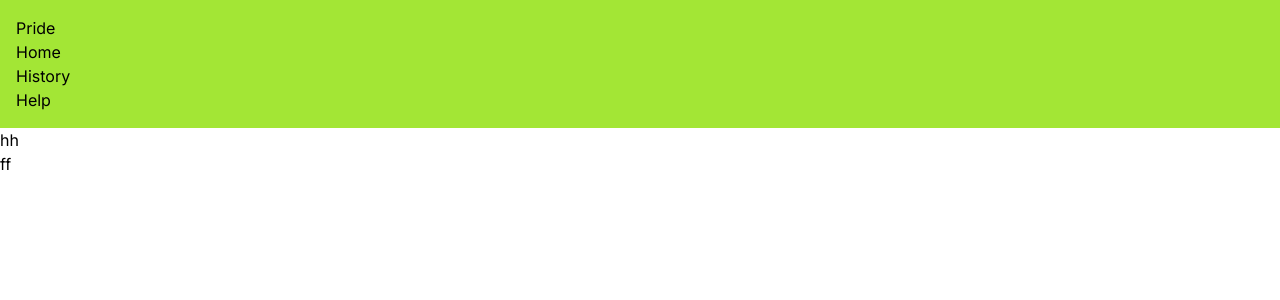
Repository: Semanmernstack/uber-mapbox
Page: /
These files come from the project's save history. The page is drawn as it stood at one moment and after the next save; the edit follows.
The browser window is 1280 px wide. The pictures show the whole page.
The page's requests for data from a server got no answer. The project was rebuilt for these pictures with package versions that can differ from the ones it lists, and the page was loaded fresh each time. Some packages were replaced by stand-ins written for this rebuild. The framework's server and built-in components were replaced by stand-ins that run in the browser. No one was signed in, and anything a server would have sent is missing. Also part of the build but not shown: next.config.js.

Above is the page before, as saved 2023-08-15 06:32:45.

After the next save:
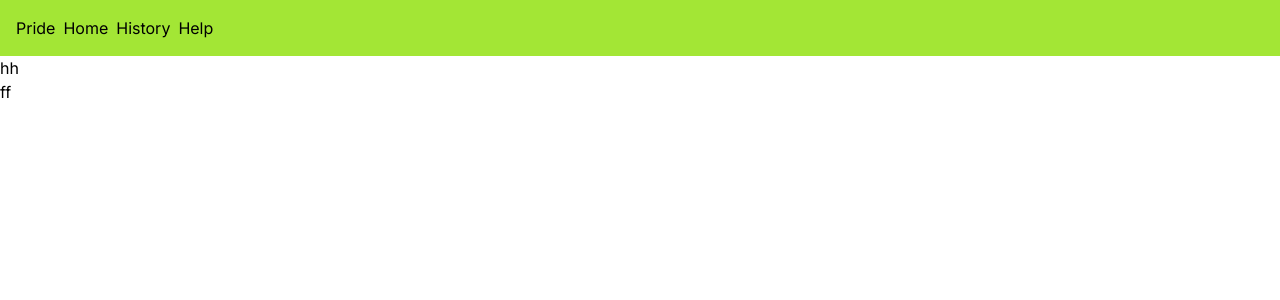
Saved 33 s later.
--- a/app/components/Nav.tsx
+++ b/app/components/Nav.tsx
@@ -4,7 +4,7 @@
 function Nav() {
   return (
     <div className="flex items-center justify-between p-4 bg-lime-400">
-        <div>
+        <div className="flex items-center gap-2">
 
             <h1>P<span>ride</span></h1>
             <h2>Home</h2>
